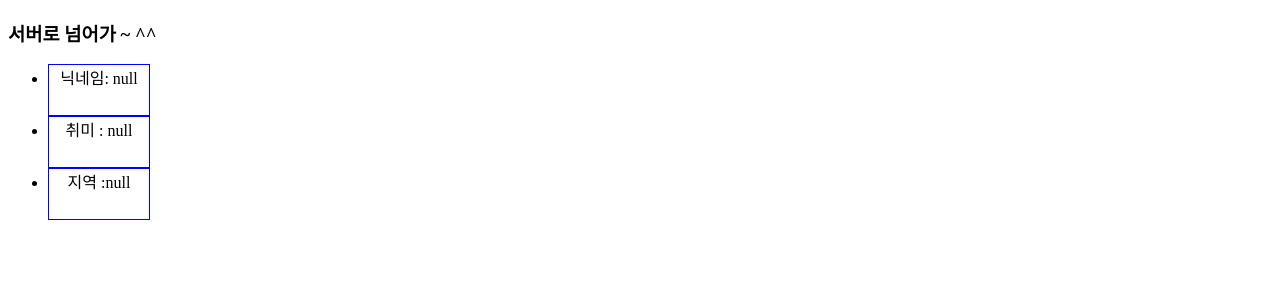
Repository: hyejux/jsp
Page: http://localhost/JSPBasic/request/request02.jsp
An editor plug-in stored every save of this project. The page is shown before and after the next save, followed by the edit.
The browser window is 1280 px wide. The pictures show the whole page.
The page is served by Tomcat 10. Other server files are loaded and not shown.

Above is the page before, as saved 2024-06-25 06:16:19.

### JSPBasic/src/main/webapp/request/request02.jsp
<%@ page language="java" contentType="text/html; charset=UTF-8"
    pageEncoding="UTF-8"%>

<%@page import="java.util.Arrays" %>

<%

String nick = request.getParameter("nick");
String[] hobby = request.getParameterValues("hobby");
String region = request.getParameter("region");

%>
<!DOCTYPE html>
<html>
<head>
<meta charset="UTF-8">
<title>Insert title here</title>
<style>

li {
height: 50px;
width : 100px;
border: 1px solid blue;
text-decoration: none;
text-align : center;
}

</style>

</head>
<body>
	<h3> 서버로 넘어가 ~ ^^</h3>

	<ul>

		<li> 닉네임: <%= nick %> </li>
		<li> 취미 : <%= Arrays.toString(hobby)%> </li>
		<li> 지역 :<%= region %></li>
	</ul>



</body>
</html>

After the next save:
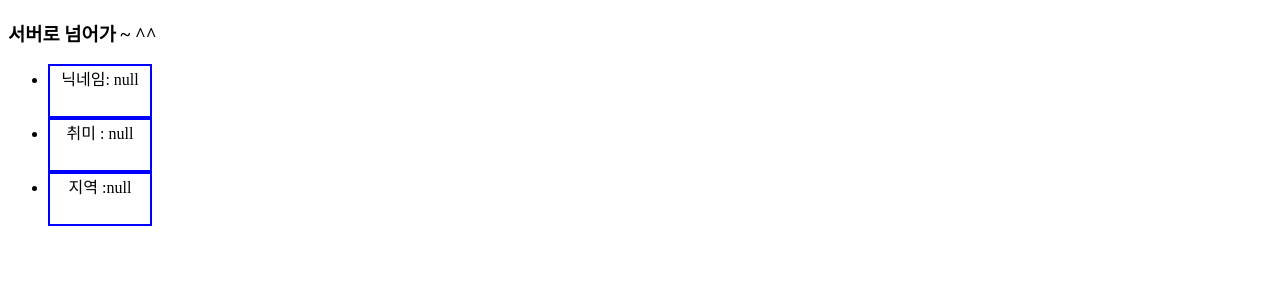
Saved 13 s later.
--- a/JSPBasic/src/main/webapp/request/request02.jsp
+++ b/JSPBasic/src/main/webapp/request/request02.jsp
@@ -20,9 +20,10 @@ String region = request.getParameter("region");
 li {
 height: 50px;
 width : 100px;
-border: 1px solid blue;
+border: 2px solid blue;
 text-decoration: none;
 text-align : center;
+paddig : 10px;
 }
 
 </style>
